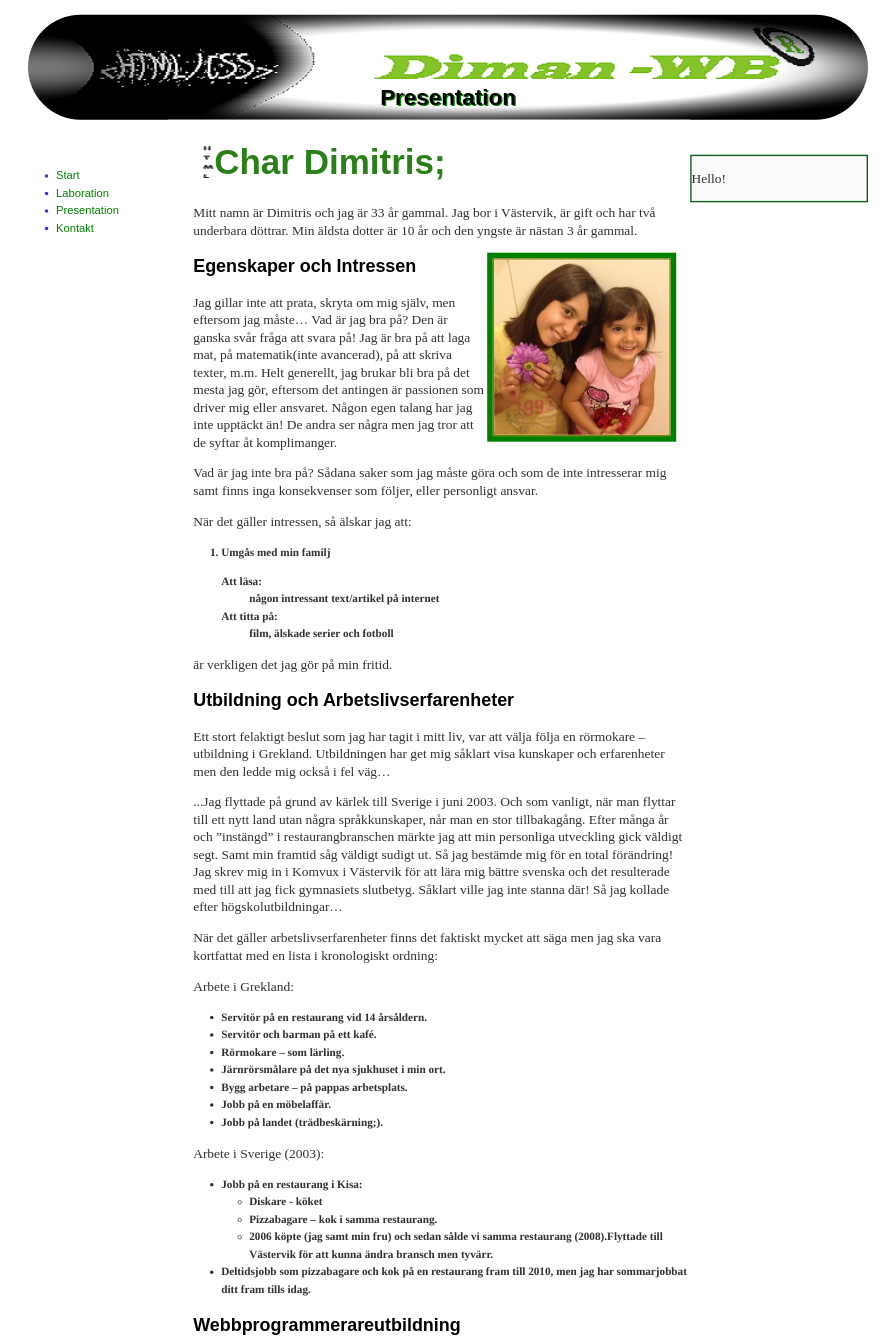
Repository: dn222em/1ik415-laborationer
Page: pages/Presentation.html
The author's editor kept a record of every edit. The page is drawn from the files as they stood at one moment, then again after the next edit.
The browser window is 1280 px wide. The pictures show the part of the page from y = 0 to 1920 px (the page is 2598 px tall), at 70% of full size.

Above is the page before.

### pages/Presentation.html
<!doctype html>

<html lang="sv">

    <head>
        <meta charset="utf-8" />
            <title>Presentation</title>
                <link rel="stylesheet" href="../CSS/style.css"/>
    </head>
            <!-- Mitt första HTML-dokument. Det ingår en ordnad lista(ol) som inkluderar en
            definitionslista(dt). Vidare ingår en oordnand lista(ul) med en oordnand lista inom listan.-->
<body>
<div id="container">
	<div id="top">

		<h1 id="title">Presentation</h1>
	</div>
	<div id="navigation">
    <ul class="menu">
		<li><a id ="home" href="../index.html">Start</a></li>
		<li><a id ="labor" href="../pages/laborationer.html">Laboration</a></li>
		<li><a id ="present" href="../pages/Presentation.html"id="active">Presentation</a></li>
		<li><a id ="cont" href="../pages/Kontakt.html">Kontakt</a></li>

	</ul>
    </div>

    <div id="content">
        <h1 class="minilogo">Char Dimitris;</h1>

         <p>Mitt namn är Dimitris och jag är 33 år gammal.
        Jag bor i Västervik, är gift och har två underbara döttrar.
        Min äldsta dotter är 10 år och den yngste är nästan 3 år gammal.</p>

        <a id="bild"><img class="right" src="../pics/loveones.jpg" alt="MinaDöttrar" /></a>

    <h3>Egenskaper och Intressen</h3>

        <p>Jag gillar inte att prata, skryta om mig själv, men eftersom jag måste…
        Vad är jag bra på? Den är ganska svår fråga att svara på! Jag är bra på att
        laga mat, på matematik(inte avancerad), på att skriva texter, m.m. Helt
        generellt, jag brukar bli bra på det mesta jag gör, eftersom det antingen
        är passionen som driver mig eller ansvaret. Någon egen talang har jag inte
        upptäckt än! De andra ser några men jag tror att de syftar åt komplimanger. </p>

        <p>Vad är jag inte bra på? Sådana saker som jag måste göra och som de inte
        intresserar mig samt finns inga konsekvenser som följer, eller personligt ansvar.</p>

        <p>När det gäller intressen, så älskar jag att:</p >
            <ol>
                    <li>Umgås med min familj
                        <dl>
                                <dt>Att läsa:</dt>
                                    <dd>någon intressant text/artikel på internet</dd>
                                <dt>Att titta på:</dt>
                                    <dd>film, älskade serier och fotboll</dd>
                        </dl>
                    </li>

            </ol>
        <p>är verkligen det jag gör på min fritid.</p>

    <h3>Utbildning och Arbetslivserfarenheter</h3>

        <p>Ett stort felaktigt beslut som jag har tagit i mitt liv, var att välja
        följa en rörmokare – utbildning i Grekland. Utbildningen har get mig såklart
        visa kunskaper och erfarenheter men den ledde mig också i fel väg…</p>

        <p>...Jag flyttade på grund av kärlek till Sverige i juni 2003. Och som
        vanligt, när man flyttar till ett nytt land utan några språkkunskaper,
        når man en stor tillbakagång. Efter många år och ”instängd” i
        restaurangbranschen märkte jag att min personliga utveckling gick
        väldigt segt. Samt min framtid såg väldigt sudigt ut. Så jag bestämde mig för
        en total förändring! Jag skrev mig in i Komvux i Västervik för att lära mig
        bättre svenska och det resulterade med till att jag fick gymnasiets slutbetyg.
        Såklart ville jag inte stanna där! Så jag kollade efter högskolutbildningar…</p>

        <p>När det gäller arbetslivserfarenheter finns det faktiskt mycket
        att säga men jag ska vara kortfattat med en lista i kronologiskt ordning:</p>

        <p>Arbete i Grekland:</p>
            <ul>
                <li>Servitör på en restaurang vid 14 årsåldern.</li>
                <li>Servitör och barman på ett kafé.</li>
                <li>Rörmokare – som lärling.</li>
                <li>Järnrörsmålare på det nya sjukhuset i min ort.</li>
                <li>Bygg arbetare – på pappas arbetsplats.</li>
                <li>Jobb på en möbelaffär.</li>
                <li>Jobb på landet (trädbeskärning;).</li>
            </ul>
        <p>Arbete i Sverige (2003):</p>
          <ul>
              <li>Jobb på en restaurang i Kisa:
                      <ul>
                        <li>Diskare - köket</li>
                        <li>Pizzabagare – kok i samma restaurang.</li>
                        <li>2006 köpte (jag samt min fru) och sedan sålde vi samma restaurang
                        (2008).Flyttade till Västervik för att kunna ändra bransch men tyvärr.</li>
                      </ul>
                      </li>
              <li>Deltidsjobb som pizzabagare och kok på en restaurang fram till 2010,
              men jag har sommarjobbat ditt fram tills idag.</li>
          </ul>


    <h3>Webbprogrammerareutbildning</h3>

            <p>… <em><code id="special">D</code></em>et var en kall och mörk eftermiddag någon gång i mitten av december
            förra året. Den kalla vinden härjade på gåtan och inget levande varelse var
            tillräkligt modig att möta den. Där log jag, ensam på min soffa, i min
            mörka och kalla lägenhet och bläddrade i youtube. När helt plötsligt… mina
            ögon träffade en video med titel: ”Create your own web page in 5 minutes
            with wordpress”. Inom tre veckor kollade jag på tusentals video och läste
            hundratals artiklar om wordpress och ”how to create your own web page”. I
            början av januari köpte jag två domain, ordnade ett webbhotell och skaffade
            två webbsidor. Men det räckte och räcker inte! Jag ville och vill ha mer!</p>

            <p>Vid 33års åldern har jag märkt att det inget finns som kan ger mig mer
            tillfredställelse än att skapa något från intet. Att skapa något vackert,
            något användbart från en råvara eller intet (den digitala världen) gör mig
            väldigt lycklig. Samt får man inte glömma att det är passionen som driven
            en fram till slutet och perfektionen. Ingen plikt eller ansvar! </p>

            <p>När det var dags för att söka vidare utbildning fastnade mina ögon
            direkt på webbprogrammerareutbildningen. (Kan inte heller flytta eller läsa
            i en längre ort på grund av familjen). Det blev mitt första val och andra
            blev ekonomiutbildning på distans, något som jag faktiskt inte gillar mycket.</p>

            <p>Jag har aldrig programmerat innan! Det är det som gör att jag inte vet
            verkligen hur min framtid kommer att se ut, eftersom jag inte är säker om
            jag kommer att klara utbildningen (C#). Jag hoppas på att, om två år, kommer
            jag att vara en lycklig webbprogrammerare! </p>
    </div>

    <div id="sidebar">
		<p>Hello!</p>
	</div>

    <div id="footer">
    <h6  class="me" >Author: Dimitris Nalmpantis</h6>
    </div>
</div>
</body>

</html>

### CSS/style.css


/*CSS -Stylesheet
-----------------------------------------------------------------------------------------------------------*/


/*Layout
 Using: Two columns floating layout
Total width: 1100px
-----------------------------------------------------------------------------------------------------------*/
/*Container white (#FFFFF)
*Top -  green { #125F1B } --> Title( #2A8018)
*Navigation green
*Content - #FFFFF
*footer-white { #fff }
*Siderbar #fcfcfc (white.gray)

------------------------------------------------------------------*/
#container {
	max-width: 1200px;
	background-color:white;
	margin:0 auto;

}

/*Top
-------------------------------------------------------------------*/
#top {

	height: 150px;
	background-color: #125F1B;
	background: url('../pics/logo.png') no-repeat; background-size: 1200px 150px;
	border-radius:100px;
}

#title {
	font-family: "arial", "helvetica", "serif";
	color: black;
	font-size:2em;
	text-shadow: 2px 2px green;
	text-align:center;
	padding-top: 90px;
}

/*Navigation -Menu
-------------------------------------------------------------------*/
#navigation {
	margin-top: 1px;
	width: 200px;	height:auto;
	float: left;
	background-color:#FFF;
	padding:0px;
	padding-top:50px;

}

/*Content
-------------------------------------------------------------------*/
#content {
	background-color: #FFF;
	max-width: 710px;
	margin-bottom: 20px;
	float: left;
	padding:0px;
	padding-left:36px;

}

/*Sidebar
-------------------------------------------------------------------*/
#sidebar {
	background-color: #fcfcfc;
	font-family: "arial", "helvetica", "sans-serif"; color: white;
	border: 2px solid #125F1B;
	margin-top: 50px;
	width: 250px;
	float: right;
	padding:0px;


}

/*Footer
--------------------------------------------------------------------*/
#footer {
clear:both;
padding:10px;
background-color:#fff;
color:white;
text-align:right;
height:60px;

}

/*Menu attributes
------------------------------------------------------*/
/*.menu {
	float:left;
	font-family: "arial", "helvetica", "serif"; font-variant:small-caps;
	font-size: 20px; font-weight:bold;
	margin-top:1px;
	margin-left:0px;
	padding:0px;

}

.menu li {
	text-decoration:none;
	list-style-type:none;
	height: 62px; line-height: 48px;
	padding-top:0px;
	padding-left:0px;
	padding-right:0px;
	width: 190px;
}
.menu li a {
	display:block;
						/*border: solid 3px black;*/
/*	text-align:center;
	width: 190px;
						/*	border: inset yellow thick;*/
/*	border-radius:58px;
 background-color:green;
 color:white;

}

.menu li a:visited{ color:white; background-color:green;}

.menu li a:active{ background-color:white;	color:black;}

.menu li a:hover{ background-color:white;color:green;}

.menu li a:focus { background-color:black;	color:green;}

#active {
		background-color:white;	color:black;
}*/


/*End menu!
------------------------------------------------------------------------------*/

/*Sprites-Menu
------------------------------------------------------------------*/

#menu_pictures {
	float:left;
	margin-top:1px;

}
#menu_pictures a {

	display:block;
	background-image: url(pics/sprite.png);
	text-indent: -99999px;
}

#menu_pictures li  {

	list-style-type:none;
	padding:0px;
	margin:0px;
	width:24px;
	height:24px;
}

#home { background-position: 0px -48px;} /*kom ihåg -första gäller x-led och andra y-led (uppe + och nere -) mellanrum mellan bilderna spelar roll*/
#home:hover { background-position: 0 0px;}

#labor { background-position: 0 -144px;}
#labor:hover { background-position: 0px -96px;}

#present { background-position: 0 -240px;}
#present:hover { background-position: 0 -192px;}

#cont { background-position: 0 -332px;}
#cont:hover { background-position: 0 -288px;}


/*Typografi
---------------------------------------------------------------------------------------------------------*/
/*Links
-------------------------------*/
a:link {color:green; text-decoration:none;}
a:visited {color:#CB29D5;} /*lila*/
a:hover{color:red;}
a:focus {color:blue;}
a:active{color:#29D17;} /*light-green*/

/*Headers
------------------------------*/
													/*body {font-family :"times", "georgia", "serif", "Lucida Sans Unicode", "Lucida Grande";
														line-height: 25px; color: #312F2F; font-size: 1.1em; width:674px;} ---->onödigt.Problem*/

h1, h2, h3, h4, h5, h6 {font-family: "arial", "tahoma", "helvetica", "san serif", "verdana";
font-weight:bold; color: #2A8018; line-height: 1.8em;  font-size: 1.8em;} /*tema-green*/

h2 {line-height: 28px;  font-size: 28px;}
h3 {line-height: 26px;  color:  black; font-size: 1.6em;}
h4 {line-height: 25px;  color:  black; font-size: 1.4em;}
h5 {line-height: 25px;  color:  black; font-size: 1.3em; text-transform:uppercase;}
h6 {line-height: 25px;  color:  black; font-size: 1.2em; font-weight:none;}

/*Body
-----------------------------*/
p {font-family : "Times New Roman", "times", "georgia", "serif", "Lucida Sans Unicode", "Lucida Grande";
			line-height: 25px; color: #312F2F; font-size: 1.2em; 	} /*grey-black*/

#content ol, ul{font-family: "arial", "tahoma", "helvetica", "san serif", "verdana";
			line-height: 25px; color: #4829D1; font-size: 1em;}

#content li, dl, dt  {font-family :"times", "georgia", "serif", "Lucida Sans Unicode", "Lucida Grande";
			line-height: 25px; color: #312F2F; font-size: 1em; font-weight:bold;}



/*Media
------------------------------*/
img { max-width:710px;}

video {max-width:710px;}


/*Form -  Contakt.
--------------------------------*/
.contakt_form {max-width:705px;
		padding-top:40px;
		line-height:2em;
		font-size: 1.3em;

}

.contakt_form label { text-align:right;}

.contakt_form input {background-color: #FFF0F0; font-size: 0.7em; margin-bottom:20px;}

.contakt_form option {width:80px; }

.contakt_form textarea {background-color: #FFF0F0; font-size: 0.9em; float:right; }

.zozo {background-color: rgb(240, 240, 240);
	height: 45px; line-height: 43px;
	text-align:center;
	margin-top:10px;
border-radius:20%;
font-size:0.8em;
}


/*Speciall typografi- classes
-----------------------------*/
#special {font-family:"sans-serif"; font-size: 40px; font-weight:bold;}

#ps {text-align:right; font-family:"arial", "tahoma", "helvetica", "san serif", "verdana";
			font-size: 0.8em; }


/*Speciall media - classes
-----------------------------*/
.sociall {width: 350px; height: 250px;
	  background-image: url("pics/social-networks.jpg");
	  background-repeat:no-repeat;
	  background-size: 350px; float: right;
			border:solid 8px green;}

#bild  {width: auto; height: auto;
		 float: right;
			border:solid 8px green;
			margin-right:20px;
			max-width:100%;
			max-height:auto;}

.minilogo { background-image:url("pics/minilogob.jpg"); /*minilogo på första titeln*/
		background-repeat: no-repeat;/* repeat, repeat-x, repeat-y */
		background-position: top left; /* right, bottom, center ... */
		background-size: 40px 50px;
		text-indent: 30px;
		font-size: 50px;
		line-height:53px;}

.ram {border-style:double; background-color: rgb(194, 187, 187);
			margin:20px; border-width:8px; padding:20px; }

	.ram h3 {border-bottom:  3px solid black; padding:5px;}

		.right{width: 250px; height: 250px;
				 float: right;
					border:solid 2px olive;}



/*Speciall tabeller- classes
------------------------------*/

.tables {border:3px solid green; font-size:1.3em; line-height:50px; text-align:center;}

.tables, td {border:solid 2px black ; width: 600px; height:auto;}


.single{border:3px solid green;background-color: /*rgb(150, 224, 150)*/ green;color:white;}

.doubbel{ border:solid 3px green; background-color:/*rgb(240, 240, 240)*/ white;
	color: green;}




/* Print properties. sv- Skrivare
------------------------------------------------------------------------------------------------------*/

@media print{

    /*Layout
    ------------------------*/

#top {display:none;}

#navigation {display:none;}

#sidebar {display:none;}

#footer {display:none;}

#content {border:0; border-style:none; background-color:white;}

#content a:after {
    content: "("attr(href)")";} /*visar hela länken vid utskrift*/

.me {font-family: "arial", "tahoma", "helvetica", "san serif", "verdana";
        font-weight:bold; color: #2A8018; line-height: 1.5em;  font-size: 1.3em;
            float:right;}


/*End Layout
-----------------------------------------------*/


    /*Media
    -----------------------*/
video {display:none;}
img {border:0;}

/*End Media
----------------------------------------------*/



    /*Typografi
    -----------------------*/

h1, h2, h3, h4, h5, h6 {font-family: "arial", "tahoma", "helvetica", "san serif", "verdana";
        font-weight:bold; color: #2A8018; line-height: 1.5em;  font-size: 1.3em;}

p {font-family : "Times New Roman", "times", "georgia", "serif", "Lucida Sans Unicode", "Lucida Grande";
			line-height: 1.5em; color: #312F2F; font-size: 1.1em;} /*grey-black*/

#content ol, ul{font-family: "arial", "tahoma", "helvetica", "san serif", "verdana";
			line-height: 25px; color: #4829D1; font-size: 1em;}

#content li, dl, dt  {font-family :"times", "georgia", "serif", "Lucida Sans Unicode", "Lucida Grande";
			line-height: 1.5em; color: #312F2F; font-size: 1em;}

/*End Typografi
--------------------------------------------*/



	/*Speciall media - classes
    --------------------------*/
.sociall {border:none;}

#bild  {border:none;}

.ram {border-style:none; background-color: none;  }

.ram h3 {border:none;}

.right{ border:none;}

/*End speciall
---------------------------------------------*/


}    /*End Print*/

After the next edit:
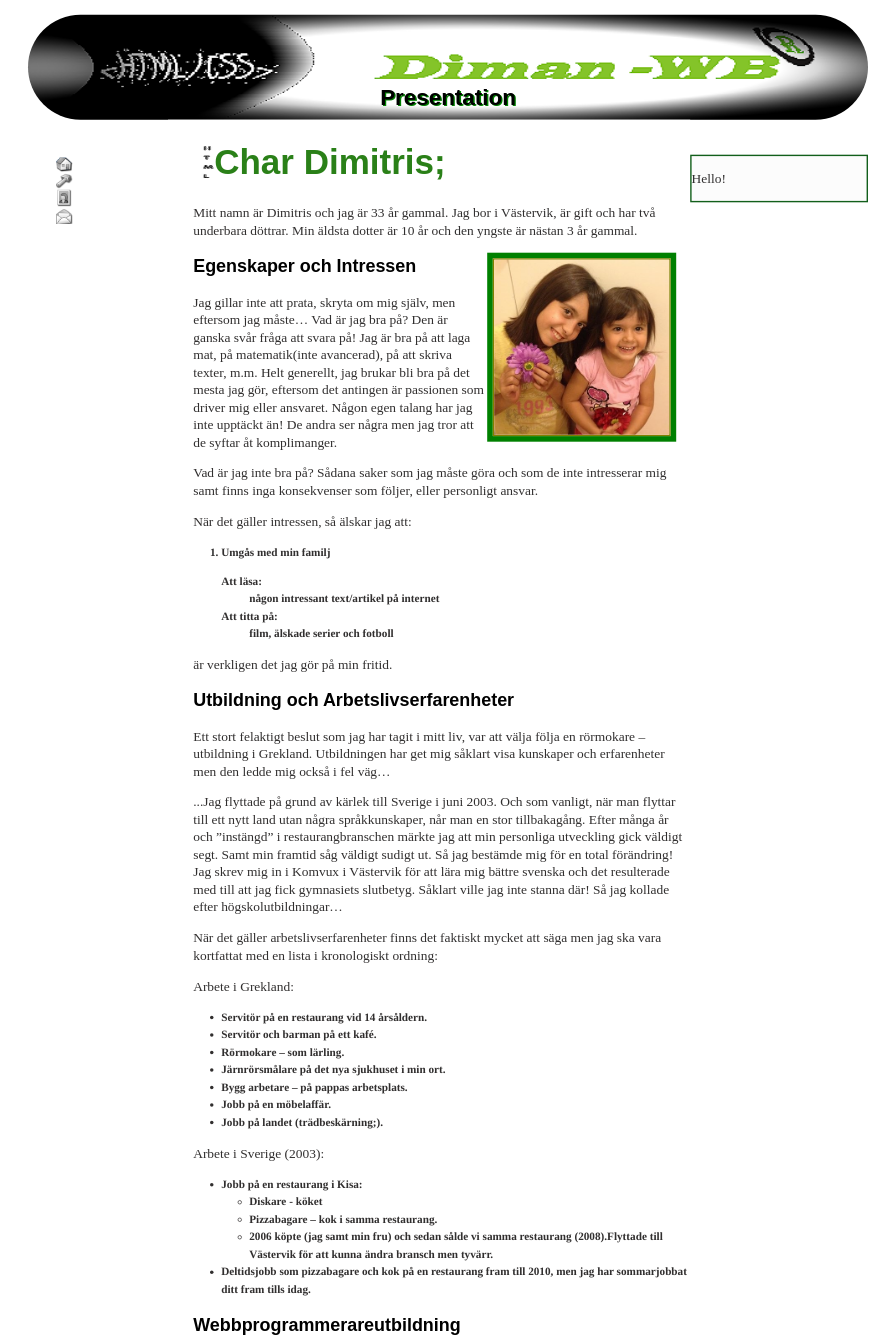
The edit:
--- a/pages/Presentation.html
+++ b/pages/Presentation.html
@@ -16,7 +16,7 @@
 		<h1 id="title">Presentation</h1>
 	</div>
 	<div id="navigation">
-    <ul class="menu">
+    <ul id="menu_pictures" class="menu">
 		<li><a id ="home" href="../index.html">Start</a></li>
 		<li><a id ="labor" href="../pages/laborationer.html">Laboration</a></li>
 		<li><a id ="present" href="../pages/Presentation.html"id="active">Presentation</a></li>
